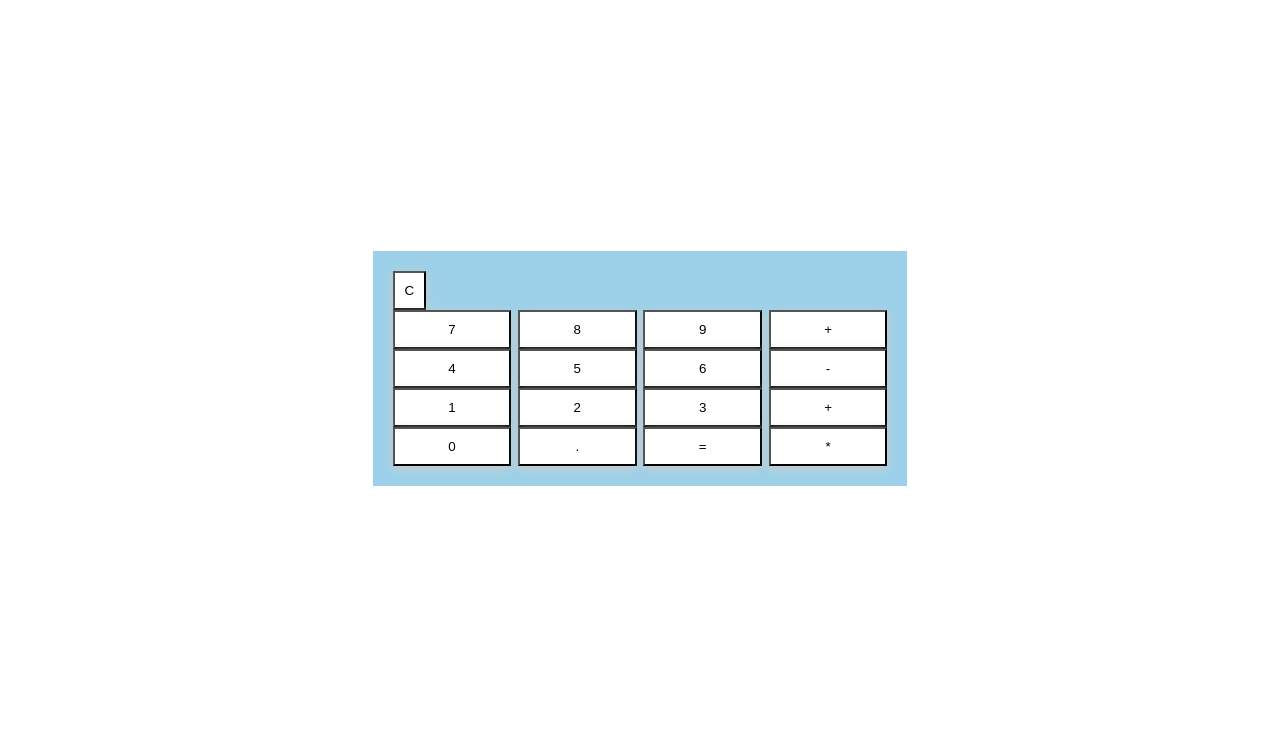
Repository: sem1103/calculator
Page: index.html
These files come from the project's save history. The page is drawn as it stood at one moment and after a run of saves; the edit follows.
The browser window is 1280 px wide. The pictures show the whole page.

Above is the page before, as saved 2023-11-01 19:41:08.

After the next 2 saves:
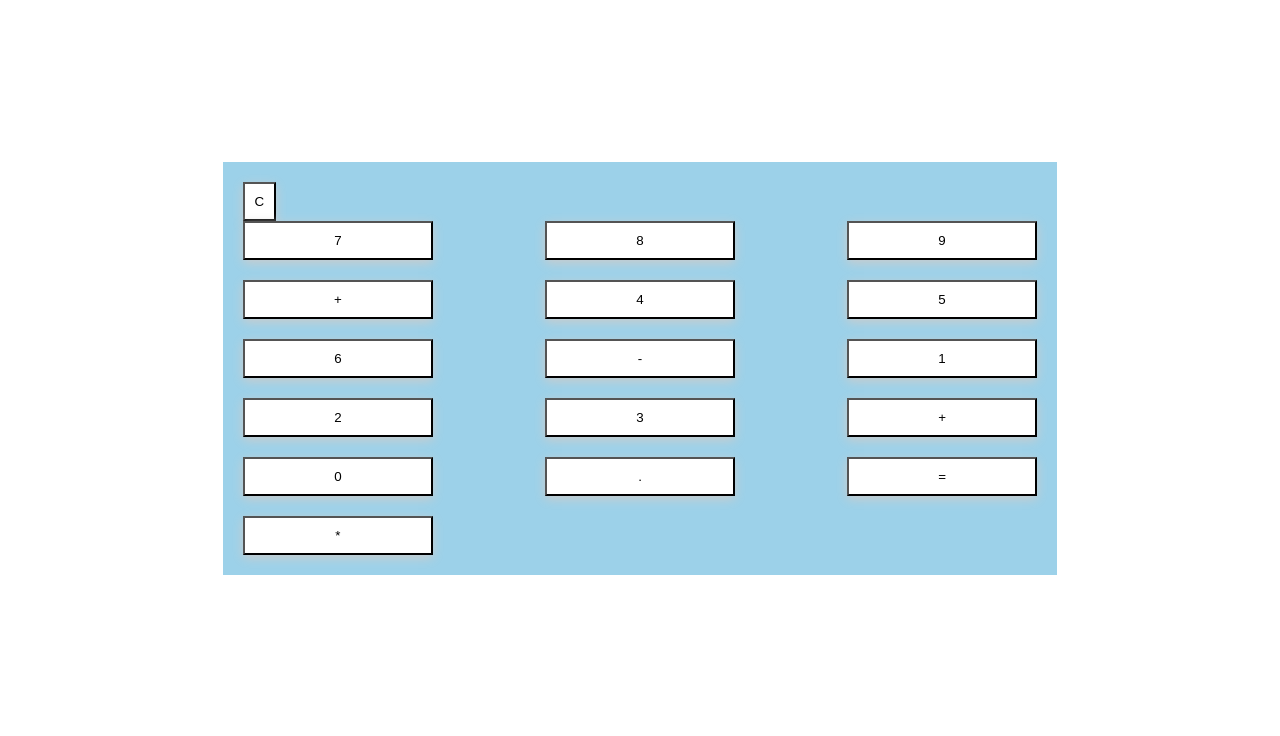
The 2 saves are shown as one change because they came seconds apart.
The last was saved 17 s later.
--- a/index.html
+++ b/index.html
@@ -18,20 +18,23 @@
             background-color: #9cd1e9;
             padding: 20px;
         }
-        .calc__main{
+
+        .calc__main {
             display: flex;
             flex-direction: row;
             flex-wrap: wrap;
             justify-content: space-between;
+            gap: 20px;
+
         }
-        button{
+
+        button {
             padding: 10px;
             text-align: center;
             background-color: #fff;
             box-shadow: 0 3px 10px #ccc;
             flex-basis: 24%;
-            gap: 20px;
-            row-gap: 20px;
+
         }
     </style>
 </head>
